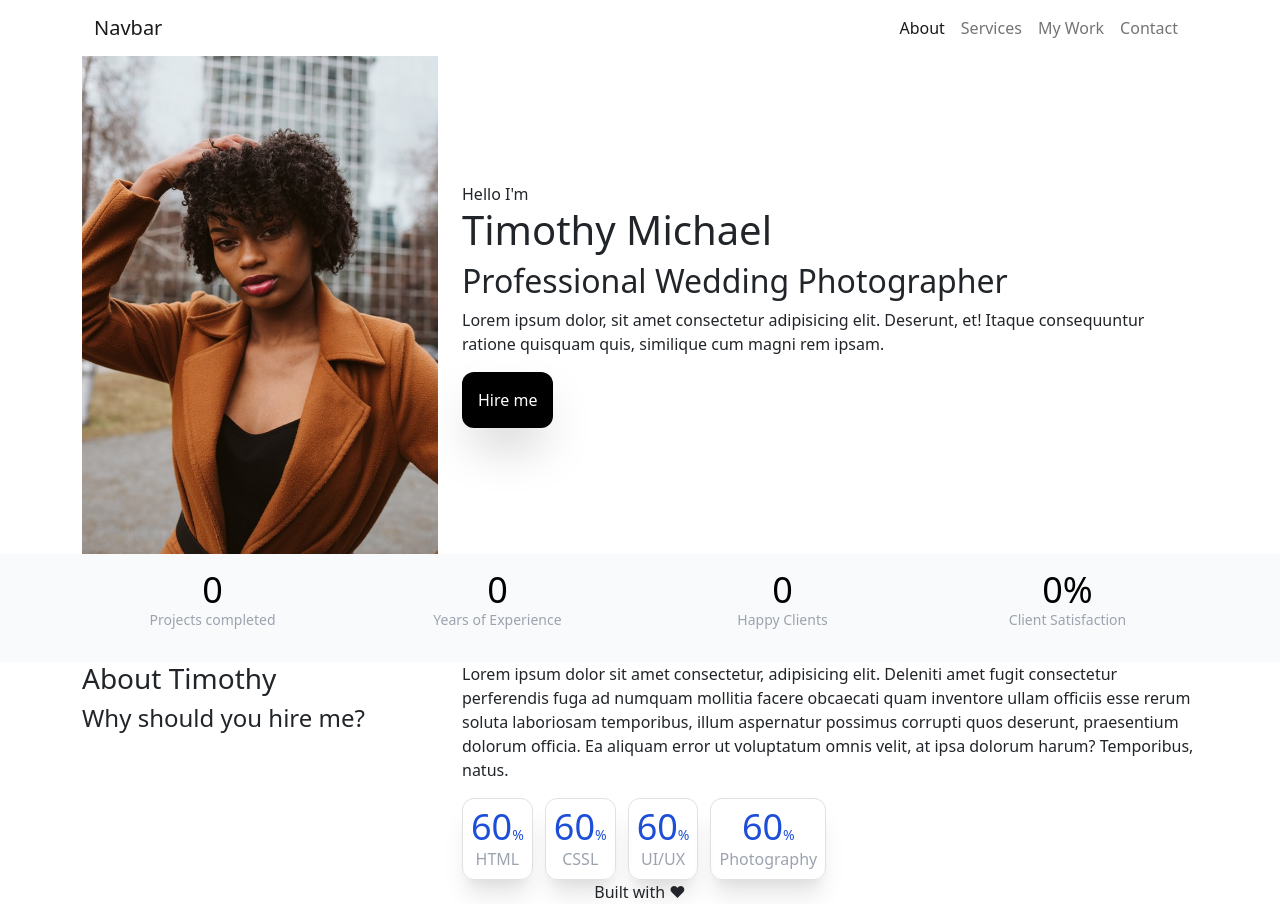
Repository: latenightsnacc/giggles
Page: HTML/freelancer.html
An editor plug-in stored every save of this project. The page is shown before and after the next save, followed by the edit.
The browser window is 1280 px wide. The pictures show the whole page.
Some web libraries are served in a nearby version.

Above is the page before, as saved 2021-01-03 15:18:40.

### HTML/freelancer.html
<!DOCTYPE html>
<html lang="en">
<head>
    <meta charset="UTF-8">
    <meta name="viewport" content="width=device-width, initial-scale=1.0">
    <link href="https://cdnjs.cloudflare.com/ajax/libs/tailwindcss/2.0.2/tailwind.min.css" rel="stylesheet">
    <link rel="stylesheet" href="https://stackpath.bootstrapcdn.com/font-awesome/4.7.0/css/font-awesome.min.css" />
    <link href="https://cdn.jsdelivr.net/npm/bootstrap@5.0.0-beta1/dist/css/bootstrap.min.css" rel="stylesheet" integrity="sha384-giJF6kkoqNQ00vy+HMDP7azOuL0xtbfIcaT9wjKHr8RbDVddVHyTfAAsrekwKmP1" crossorigin="anonymous">
    <title>Freelancer Page</title>
</head>
<body>
    <header class="container">
        <nav class="navbar navbar-expand-lg navbar-light bg-white">
            <div class="container-fluid">
              <a class="navbar-brand" href="#">Navbar</a>
              <button class="navbar-toggler" type="button" data-bs-toggle="collapse" data-bs-target="#navbarNavDropdown" aria-controls="navbarNavDropdown" aria-expanded="false" aria-label="Toggle navigation">
                <span class="navbar-toggler-icon"></span>
              </button>
              <div class="collapse navbar-collapse" id="navbarNavDropdown">
                <ul class="navbar-nav ml-auto">
                  <li class="nav-item">
                    <a class="nav-link active" aria-current="page" href="#">About</a>
                  </li>
                  <li class="nav-item">
                    <a class="nav-link" href="#">Services</a>
                  </li>
                  <li class="nav-item">
                    <a class="nav-link" href="#">My Work</a>
                  </li>
                  <li class="nav-item">
                    <a class="nav-link" href="#">Contact</a>
                  </li>
                  <!-- <li class="nav-item dropdown">
                    <a class="nav-link dropdown-toggle" href="#" id="navbarDropdownMenuLink" role="button" data-bs-toggle="dropdown" aria-expanded="false">
                      Dropdown link
                    </a>
                    <ul class="dropdown-menu" aria-labelledby="navbarDropdownMenuLink">
                      <li><a class="dropdown-item" href="#">Action</a></li>
                      <li><a class="dropdown-item" href="#">Another action</a></li>
                      <li><a class="dropdown-item" href="#">Something else here</a></li>
                    </ul>
                  </li> -->
                </ul>
              </div>
            </div>
        </nav>
    </header>
    <main>
        <!--User Banner-->
        <div class="container">
            <div class="row flex items-center h-auto">
                <div class="col-sm-12 col-md-4 col-lg-4 col-xl-4">
                    <img src="assets/userDp.jpg" alt="Profile Picture">
                </div>
                <div class="col-sm-12 col-md-8 col-lg-8 col-xl-8">
                    <div class="user-info">
                        <span>Hello I'm</span>
                        <h1>Timothy Michael</h1>
                        <h2>Professional Wedding Photographer</h2>
                        <p>Lorem ipsum dolor, sit amet consectetur adipisicing elit. Deserunt, et! Itaque consequuntur ratione quisquam quis, similique cum magni rem ipsam.</p>
                        <button class="bg-black text-white p-3 semi-bold rounded-xl shadow-2xl">Hire me</button>
                    </div>
                </div>
            </div>
        </div>
        <!--User Statisitics-->
        <div class="stats w-full bg-gray-50 flex items-center h-auto py-3">
            <div class="container">
                <div class="row">
                    <div class="stat-box col text-center">
                        <div class="bold text-4xl text-black">0</div>
                        <p class="text-sm text-gray-400">Projects completed</p>

                    </div>
                    <div class="stat-box col text-center">
                        <div class="bold text-4xl text-black">0</div>
                        <p class="text-sm text-gray-400">Years of Experience</p>
                    </div>
                    <div class="stat-box col text-center">
                        <div class="bold text-4xl text-black">0</div>
                        <p class="text-sm text-gray-400">Happy Clients</p>
                    </div>
                    <div class="stat-box col text-center">
                        <div class="bold text-4xl text-black">0%</div>
                        <p class="text-sm text-gray-400">Client Satisfaction</p>
                    </div>
                </div>
            </div>
        </div>
        <!--About User-->
        <div class="container">
            <div class="row">
                <div class="col-sm-12 col-md-6 col-lg-4 col-xl-4">
                    <h3>About Timothy</h3>
                    <h4>Why should you hire me?</h4>
                </div>
                <div class="col-sm-12 col-md-6 col-lg-8 col-xl-8">
                    <p>Lorem ipsum dolor sit amet consectetur, adipisicing elit. Deleniti amet fugit consectetur perferendis fuga ad numquam mollitia facere obcaecati quam inventore ullam officiis esse rerum soluta laboriosam temporibus, illum aspernatur possimus corrupti quos deserunt, praesentium dolorum officia. Ea aliquam error ut voluptatum omnis velit, at ipsa dolorum harum? Temporibus, natus.</p>

                    <div class="d-flex flex-wrap">
                        <div class="skill-box shadow-xl max-w-sm p-2 border border-gray-100 rounded-xl flex flex-col items-center justify-center text-center">

                            <span class="text-blue-700 bold text-4xl">60<span class="text-sm">%</span></span>
                            <div class="text-md text-gray-400">HTML</div>
                        </div>
                        <div class="skill-box shadow-xl max-w-sm p-2 ml-3 border border-gray-100 rounded-xl flex flex-col items-center justify-center text-center">

                            <span class="text-blue-700 bold text-4xl">60<span class="text-sm">%</span></span>
                            <div class="text-md text-gray-400">CSSL</div>
                        </div>
                        <div class="skill-box shadow-xl max-w-sm p-2 ml-3 border border-gray-100 rounded-xl flex flex-col items-center justify-center text-center">

                            <span class="text-blue-700 bold text-4xl">60<span class="text-sm">%</span></span>
                            <div class="text-md text-gray-400">UI/UX</div>
                        </div>
                        <div class="skill-box shadow-xl max-w-sm p-2 ml-3 border border-gray-100 rounded-xl flex flex-col items-center justify-center text-center">

                            <span class="text-blue-700 bold text-4xl">60<span class="text-sm">%</span></span>
                            <div class="text-md text-gray-400">Photography</div>
                        </div>
                    </div>
                </div>
            </div>
        </div>
    </main>
    <footer class="text-center">Built with &hearts; </footer>
    <script src="https://cdn.jsdelivr.net/npm/bootstrap@5.0.0-beta1/dist/js/bootstrap.bundle.min.js" integrity="sha384-ygbV9kiqUc6oa4msXn9868pTtWMgiQaeYH7/t7LECLbyPA2x65Kgf80OJFdroafW" crossorigin="anonymous"></script>

</body>
</html>

After the next save:
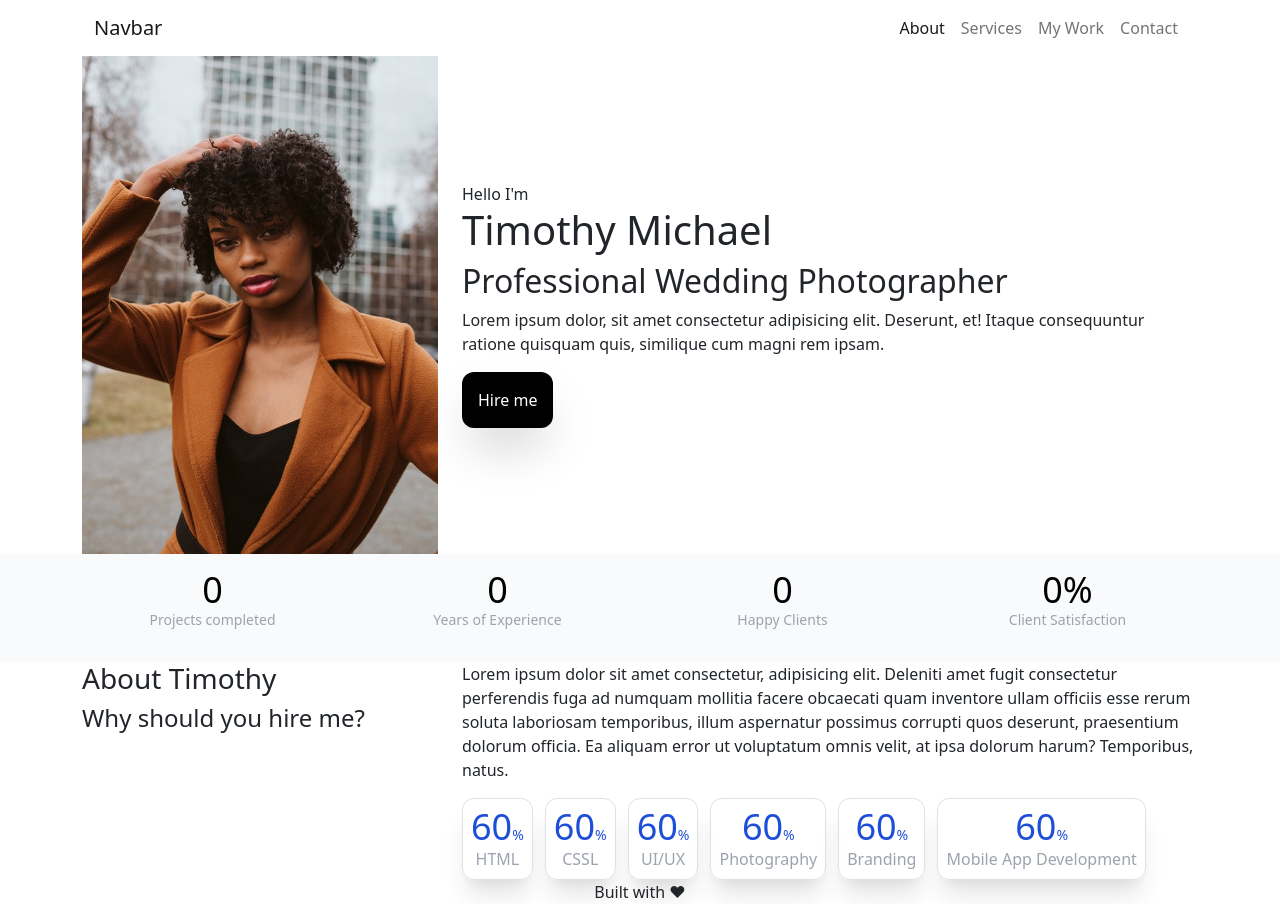
Saved 80 s later.
--- a/HTML/freelancer.html
+++ b/HTML/freelancer.html
@@ -118,6 +118,16 @@
                             <span class="text-blue-700 bold text-4xl">60<span class="text-sm">%</span></span>
                             <div class="text-md text-gray-400">Photography</div>
                         </div>
+                        <div class="skill-box shadow-xl max-w-sm p-2 ml-3 border border-gray-100 rounded-xl flex flex-col items-center justify-center text-center">
+
+                            <span class="text-blue-700 bold text-4xl">60<span class="text-sm">%</span></span>
+                            <div class="text-md text-gray-400">Branding</div>
+                        </div>
+                        <div class="skill-box shadow-xl max-w-sm p-2 ml-3 border border-gray-100 rounded-xl flex flex-col items-center justify-center text-center">
+
+                            <span class="text-blue-700 bold text-4xl">60<span class="text-sm">%</span></span>
+                            <div class="text-md text-gray-400">Mobile App Development</div>
+                        </div>
                     </div>
                 </div>
             </div>
